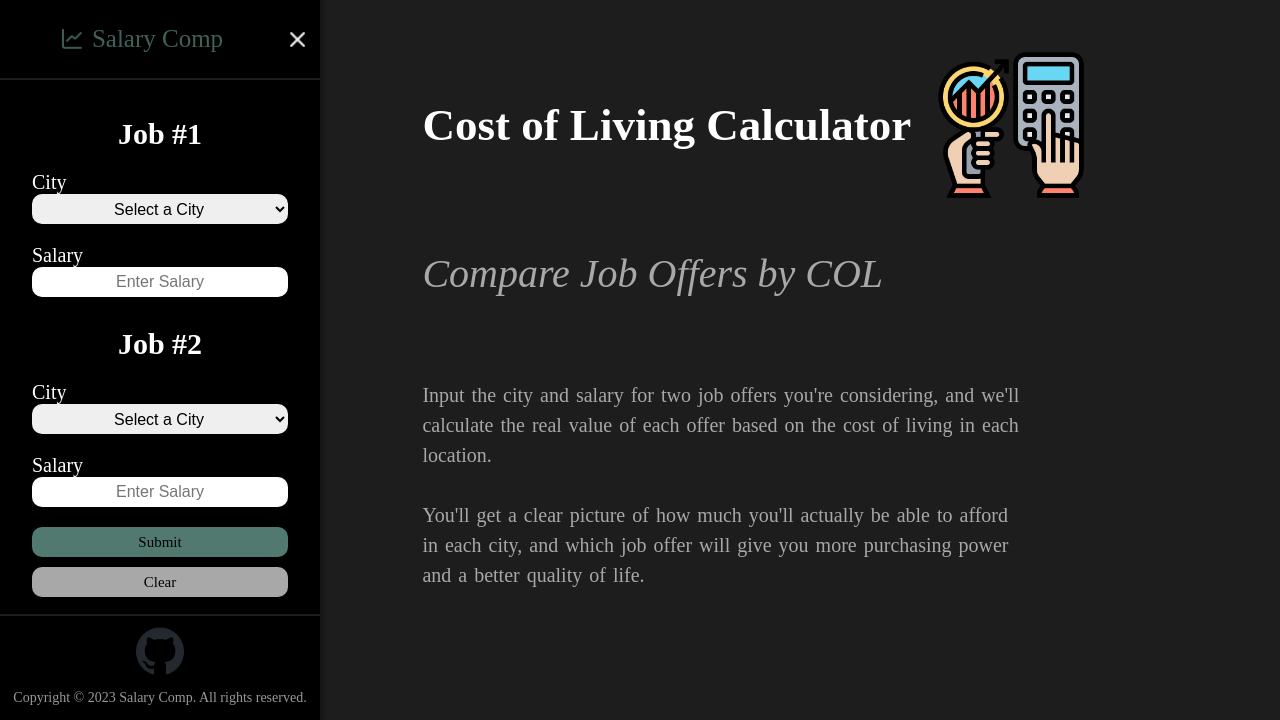
Repository: robbymcd/Salary-Comp
Page: /
These files come from the project's save history. The page is drawn as it stood at one moment and after the next save; the edit follows.
The browser window is 1280 px wide. The pictures show the whole page.
Some web fonts or font styles are not loaded; a fallback is used. The project was rebuilt for these pictures with package versions that can differ from the ones it lists, and the page was loaded fresh each time. Also part of the build but not shown: src/Main.css, src/Main.js.

Above is the page before, as saved 2023-06-16 10:55:02.

After the next save:
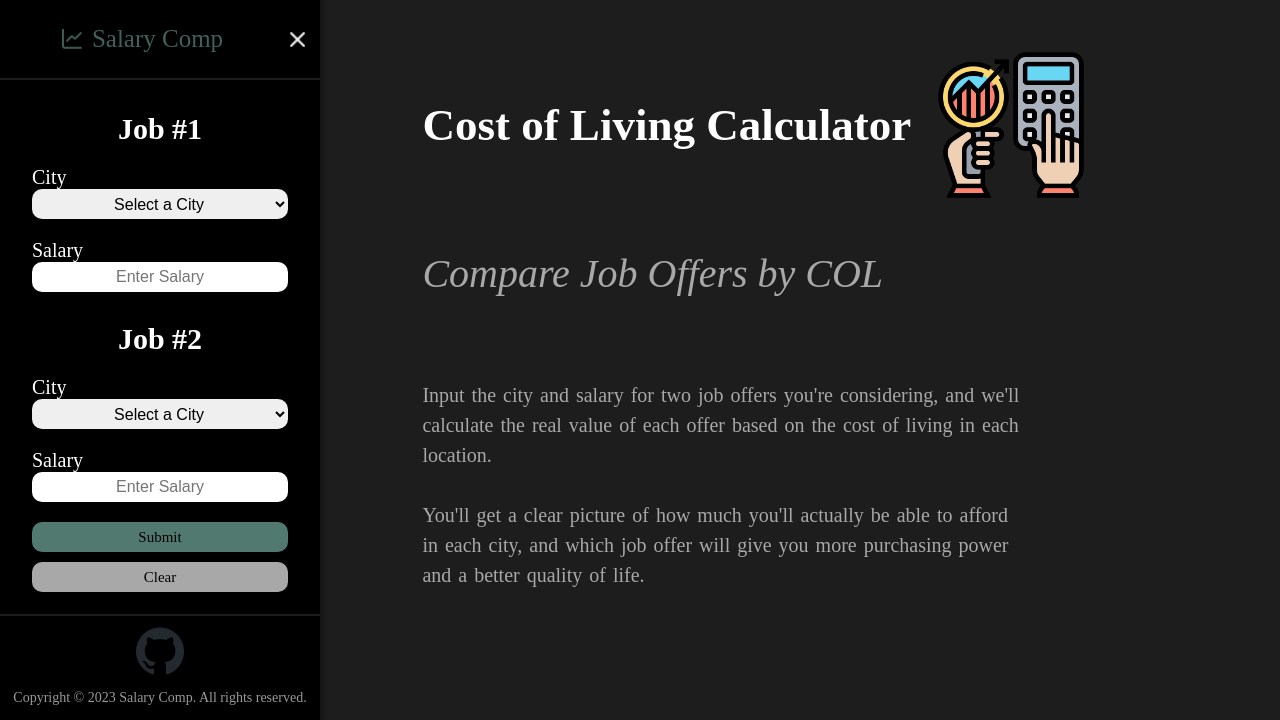
Saved 103 s later.
--- a/src/OpenSidebar.css
+++ b/src/OpenSidebar.css
@@ -90,7 +90,6 @@
     height: 100%;
     align-items: center;
     gap: 20px;
-    margin-top: 10px;
     border-bottom: 2px solid #1d1d1d;
     justify-content: center;
 }
